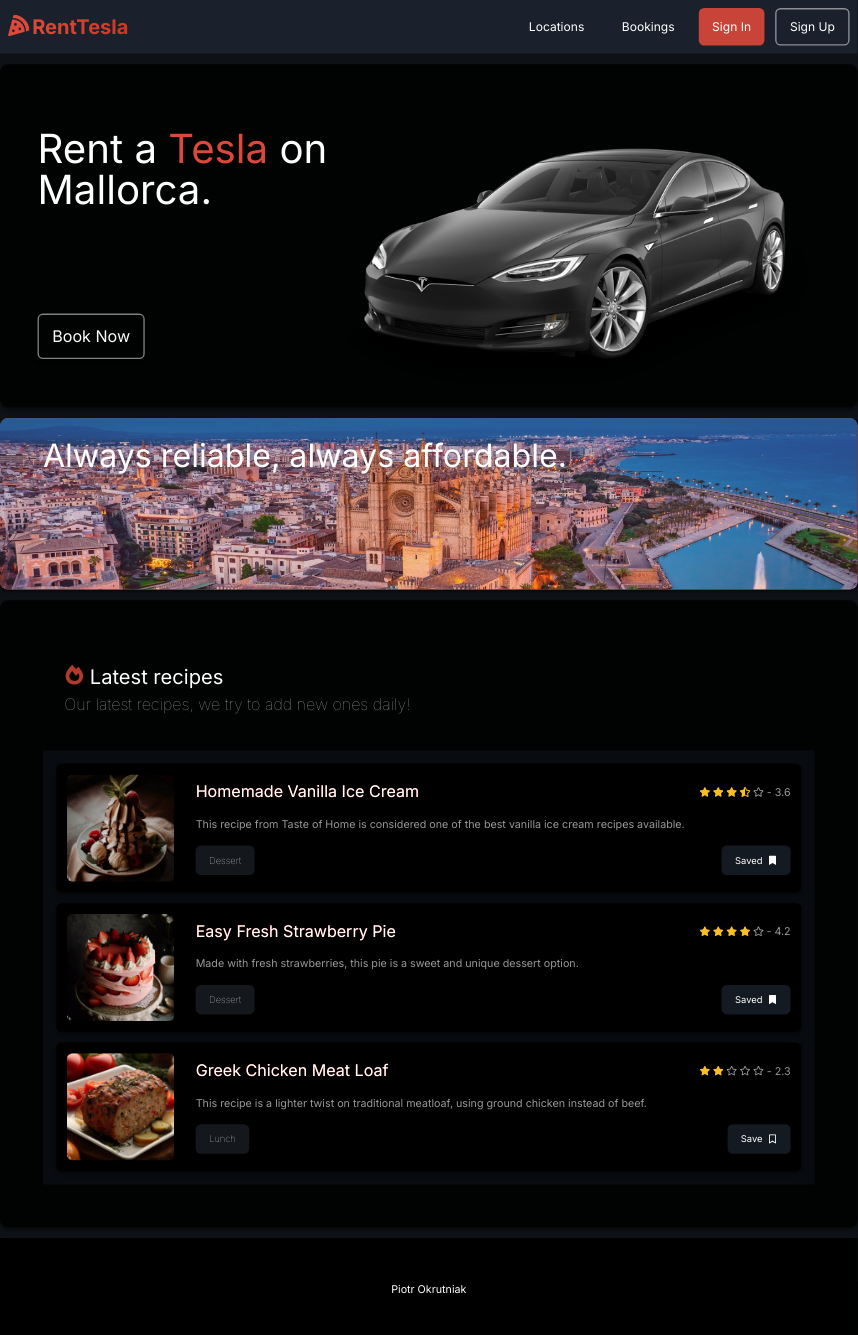
Repository: piotrokrutniak/RentallApp.UI
Page: /
The author's editor kept a copy of each file at every save. The page is drawn from the files as they stood at one save, then again after the next save.
The browser window is 1280 px wide. The pictures show the whole page, at 67% of full size.
The project was rebuilt for these pictures with package versions that can differ from the ones it lists, and the page was loaded fresh each time. The framework's server and built-in components were replaced by stand-ins that run in the browser. Also part of the build but not shown: next.config.js.

Above is the page before, as saved 2023-10-05 21:13:39.

### src/app/layout.tsx
import './globals.css'
import type { Metadata } from 'next'
import { Inter } from 'next/font/google'
import NavBar from './components/navbar/navbar'
import Footbar from './components/footbar/footbar'

const inter = Inter({ subsets: ['latin'] })

export const metadata: Metadata = {
  title: 'Recipefy',
  description: 'Website with the tastiest recipes!',
}

export default function RootLayout({
  children,
}: {
  children: React.ReactNode
}) {
  return (
    <html lang="en">
      <body className={`${inter.className} bg-black`}>
        <div className="bg-slate-600/20 min-h-screen pb-4">
        <NavBar/>
        {children}
        </div>
        <Footbar/>
      </body>
    </html>
  )
}

### src/app/page.tsx
import Image, { StaticImageData } from 'next/image'
import { FaMugHot, FaCookieBite, FaHamburger, FaFireAlt, FaBookmark, FaRegBookmark } from 'react-icons/fa'
import CookingSvg from './components/svgComponents/CookingSvg'
import Rating from './components/generic/rating'
import Button from './components/generic/button'
import tesla from '../../public/media/tesla-mirrored.png'
import lunch from '../../public/media/mallorca-view.jpg'
import dessert from '../../public/media/dessert.jpg'
import strawberryCake from '../../public/media/recipes/strawberryCake.jpg'
import greekMeatLoaf from '../../public/media/recipes/greekMeatLoaf.jpg'
import vanillaIceCream from '../../public/media/recipes/vanillaIceCream.jpg'
import { useState } from 'react'
import { RecipeListing } from './components/generic/recipeListing'
import { Input } from 'postcss'
import SearchBar from './components/generic/searchBar'

export default function Home() {
  return (
    <main className="flex flex-col m-auto gap-4">
      <section id="header-section" className='max-w-7xl bg-black/90 m-auto w-full px-14 py-8 rounded-xl mt-4 shadow-md shadow-black/40'>
        <div className="sm:p-8 pb-14 flex justify-between">

        </div>
        <div className='w-full flex justify-between'>
          <div className="flex flex-col gap-10 justify-between pb-10 text-white">
          <h1 className="text-5xl md:text-6xl"> Rent a <span className="text-vermilion-400">Tesla</span> on Mallorca. </h1>
          <Button className="w-fit py-4 rounded-lg shadow-md shadow-black hover:bg-vermilion-500 bg-transparent capitalize border-white/50 hover:border-vermilion-500 border-2 text-2xl">
            Book Now
          </Button>
          </div>
          <div className="relative w-full h-96 left-0 flex gap-10 pt-3 overflow-x-auto m-auto justify-around select-none pb-10">
              <Image src={tesla} layout="fill" objectFit="contain" alt="Breakfast Photo" className="h-96 group-hover:opacity-50"/>

          </div>
        </div>
      </section>

      <section id="searchbar-section" className='overflow-clip max-w-7xl relative bg-red-400/80 px-7 h-64 m-auto w-full  p-8 sm:px-16 rounded-xl shadow-md shadow-black/40 flex-col'>
        <Image src={lunch} layout="fill" objectFit="cover" alt="Breakfast Photo" className="w-full opacity-80 group-hover:opacity-50"/>
        <h1 className="absolute text-5xl z-10 text-white">Always reliable, always affordable.</h1>
      </section>

      <section id="top-picks-section" className='max-w-7xl bg-black/90 m-auto w-full sm:p-8 rounded-xl shadow-md shadow-black/40 flex-col'>
        <div className="lg:p-8 pb-14 flex flex-col gap-5">
          <div className="p-8">
            <h1 className="text-3xl text-white flex gap-2 pb-2" > <FaFireAlt className="opacity-80 fill-vermilion-400"/> Latest recipes</h1>
            <p className="text-2xl font-thin text-white/60 flex gap-2" > Our latest recipes, we try to add new ones daily!</p>
          </div>
          <div className="w-full h-fit p-5 bg-slate-800/25 flex flex-col gap-4">
            <RecipeListing title="Homemade Vanilla Ice Cream"
              desc="This recipe from Taste of Home is considered one of the best vanilla ice cream recipes available."
              image={vanillaIceCream}
              rating={3.6}
              saved={true}
              tags={["Dessert"]}/>
            <RecipeListing title="Easy Fresh Strawberry Pie"
              desc="Made with fresh strawberries, this pie is a sweet and unique dessert option."
              image={strawberryCake}
              rating={4.2}
              saved={true}
              tags={["Dessert"]}/>
            <RecipeListing title="Greek Chicken Meat Loaf"
              desc="This recipe is a lighter twist on traditional meatloaf, using ground chicken instead of beef."
              image={greekMeatLoaf}
              rating={2.3}
              saved={false}
              tags={["Lunch"]}/>
          </div>
        </div>
      </section>
    </main>
  )
}

### src/app/globals.css
@tailwind base;
@tailwind components;
@tailwind utilities;

:root {}

@media (prefers-color-scheme: dark) {
  :root {}
}

body {}

### src/app/components/navbar/navbar.tsx
"use client"

import { FaPizzaSlice, FaBars } from "react-icons/fa"
import { BsX } from "react-icons/bs"
import Button from "../generic/button"
import { useState } from "react"
import Link from "next/link"


export default function NavBar(){
    const [showMobile, setShowMobile] = useState(false)

    return(
        <div className="bg-black/80 sticky top-0 z-20 backdrop-blur-xl">
            <div className="w-full flex bg-slate-700/50 ">
                <div className="p-3 m-auto w-full flex max-w-7xl justify-between items-center">
                    <Link href="/">
                    <div className="flex gap-1 h-fit select-none cursor-pointer active:opacity-80 hover:border-b-2 hover:pb-1 active:pb-0
                            border-opacity-0 border-vermilion-400 hover:border-opacity-100 border-b-0 transition-all">
                        <FaPizzaSlice className="h-full w-8 fill-vermilion-400"/>
                        <h1 className="text-3xl font-bold text-transparent bg-clip-text bg-gradient-to-r from-vermilion-400 to-vermilion-500">RentTesla</h1>
                    </div>
                    </Link>
                    <div className="hidden text-lg gap-4 md:flex">
                        <Button className="text-white bg-transparent active:bg-slate-100/5 hover:bg-slate-100/5 shadow-black/40 hover:shadow-md"
                            onClick={undefined}>
                            Locations
                        </Button>
                        <Button className="text-white bg-transparent active:bg-slate-100/5 hover:bg-slate-100/5 shadow-black/40 hover:shadow-md"
                            onClick={undefined}>
                            Bookings
                        </Button>
                        <Button className="text-white bg-vermilion-400 shadow-black/40 hover:shadow-md"
                            onClick={undefined}>
                            Sign In
                        </Button>
                        <Button className="text-white bg-transparent capitalize border-2 border-white/50 hover:border-vermilion-400 hover:text-vermilion-400
                            active:opacity-80 shadow-black/40 hover:shadow-md"
                            onClick={undefined}>
                            Sign Up
                        </Button>
                    </div>
                    <div className="md:hidden">
                        <FaBars className="h-10 w-10 fill-white cursor-pointer hover:fill-vermilion-400 active:opacity-80" onClick={() => setShowMobile(true)}/>
                    </div>
                    <div className={`${showMobile ? "" : "translate-x-full"} absolute w-screen h-screen bg-black left-0 top-0 md:hidden transition-all z-50 ease-in-out`}>
                    <div id="mobile-header" className="flex flex-row-reverse w-full">
                        <BsX className="fill-white w-16 h-16 cursor-pointer hover:fill-vermilion-400" onClick={() => setShowMobile(false)}/>
                    </div>
                    <div id="mobile-body">XDDDDDDDDDDDDDDDDD</div>
                    </div>
                </div>
            </div>
        </div>
    )
}

### src/app/components/footbar/footbar.tsx
export default function Footbar(){
    return(
        <div className="w-full h-20 bg-black mt-16 text-center text-white">
            Piotr Okrutniak
        </div>
    )
}

### src/app/components/generic/button.tsx
import { MouseEventHandler } from "react";

export default function Button({ children, className, onClick, disabled } : { children: React.ReactNode, className: string, onClick: undefined | MouseEventHandler<HTMLButtonElement>, disabled?: boolean }){
    return(
        <button className={`${className} px-5 py-3 rounded-lg bg-blue-500 bg-opacity-90 active:bg-opacity-80 hover:bg-opacity-100 cursor-pointer transition-all flex items-center gap-2 place-items-center`}
            onClick={onClick}
            disabled={disabled}>
            {children}
        </button>
    )
}

### src/app/components/generic/recipeListing.tsx
"use client";
import Image, { StaticImageData } from "next/image"
import Rating from "./rating"
import Button from "./button"
import { FaMugHot, FaCookieBite, FaHamburger, FaFireAlt, FaBookmark, FaRegBookmark } from 'react-icons/fa'
import { useState } from "react"

export function RecipeListing({rating = 0, title, desc, tags, image, saved,}:
    {rating: number | undefined, title: string | undefined, desc: string | undefined, tags: string[], image: StaticImageData | string, saved: boolean }){
      const [isSaved, setSaved] = useState(saved)

      return(
        <div className="w-full p-4 md:h-48 bg-black hover:bg-slate-500/20 rounded-lg shadow-md shadow-black/40 flex flex-col md:flex-row md:justify-between gap-8 items-center text-white group">
          <div className='h-64 w-full md:w-40 md:h-40 shrink-0 rounded-lg overflow-hidden relative cursor-pointer'>
            <Image src={image} layout="fill" objectFit="cover" alt="Breakfast Photo"/>
          </div>
          <div className="h-fit w-full items-center">
            <div className="flex justify-between items-center">
              <h1 className="text-2xl cursor-pointer bg-clip-text hover:text-transparent bg-gradient-to-r from-vermilion-500 to-vermilion-400">{title ?? "Recipe Name"}</h1>
              <Rating rating={rating}/>
            </div>
            <div className="flex justify-between items-center pt-5">
              <p className="text-white/60">{desc ?? "Description"}</p>
            </div>
            <div className="flex justify-between items-center pt-5">
              {tags.map(x => <Button className="bg-slate-500/20 hover:bg-slate-500/40 text-sm font-thin py-1" onClick={undefined}>{x}</Button>)}
              <Button className="bg-slate-700/40 hover:bg-vermilion-500/90 active:opacity-80 text-sm font-normal py-1 transition-all flex items-center gap-2"
                onClick={() => setSaved(x => !x)}>
                {isSaved ? <>Saved <FaBookmark/></> : <>Save <FaRegBookmark/></>}
                </Button>
            </div>
          </div>
        </div>
      )
  }

### src/app/components/generic/rating.tsx
import { FaStar, FaStarHalf, FaStarHalfAlt, FaRegStar} from 'react-icons/fa'
import { IconType } from 'react-icons'

export default function Rating({rating = 0,}: {rating: number | undefined | void}){
    const defaultRating: boolean[] = [false, false, false, false, false]

    const initRating: number = rating

    const ratings: React.JSX.Element[] = []

    for(let i: number = 0; i < 5; i++){
        rating >= 1 ?  ratings.push(<Star filled={true}/>) : ratings.push(rating >= 0.5 ? <HalfStar/> : <Star filled={false}/>)
        rating -= 1;
    }



    return(
        <div className="flex gap-1 items-center shrink-0 text-white/60">
            {ratings} - {initRating}
        </div>
    )
}

function Star({filled = false,}: {filled: boolean}){
    return filled ? <FaStar className="fill-amber-400"/> : <FaRegStar/>
}

function HalfStar(){
    return <FaStarHalfAlt className="fill-amber-400"/>
}

### tailwind.config.js
/** @type {import('tailwindcss').Config} */
module.exports = {
  content: [
    './src/pages/**/*.{js,ts,jsx,tsx,mdx}',
    './src/components/**/*.{js,ts,jsx,tsx,mdx}',
    './src/app/**/*.{js,ts,jsx,tsx,mdx}',
  ],
  theme: {
    extend: {
      backgroundImage: {
        'gradient-radial': 'radial-gradient(var(--tw-gradient-stops))',
        'gradient-conic':
          'conic-gradient(from 180deg at 50% 50%, var(--tw-gradient-stops))',
      },
      height:{
        '112': '28rem',
        '128': '32rem',
      },
      width:{
        '112': '28rem',
        '128': '32rem',
      },
      colors:{
        "emerald":{
          "50": "#b0fde8",
          "100": "#60FBD2",
          "200": "#24F9C1",
          "400": "#06EFB1",
          "500": "#06d6a0",
        },
        "paygray":{
          "50": "#CED9DE",
          "100": "#aabcc5",
          "200": "#7996A4",
          "400": "#638292",
          "500": "#5A7684",
        },
        "vermilion":{
          "50": "#f0afa8",
          "100": "#ea8f85",
          "200": "#E06052",
          "400": "#dc493a",
          "500": "#d03625",
        },

      },
      minWidth:{
        'mobile': '360px',
        '54': '258px',
      },
      screens:{
        'xs': '580px',
        '850': '850px',
      },
    },
  },
  plugins: [],
}

After the next save:
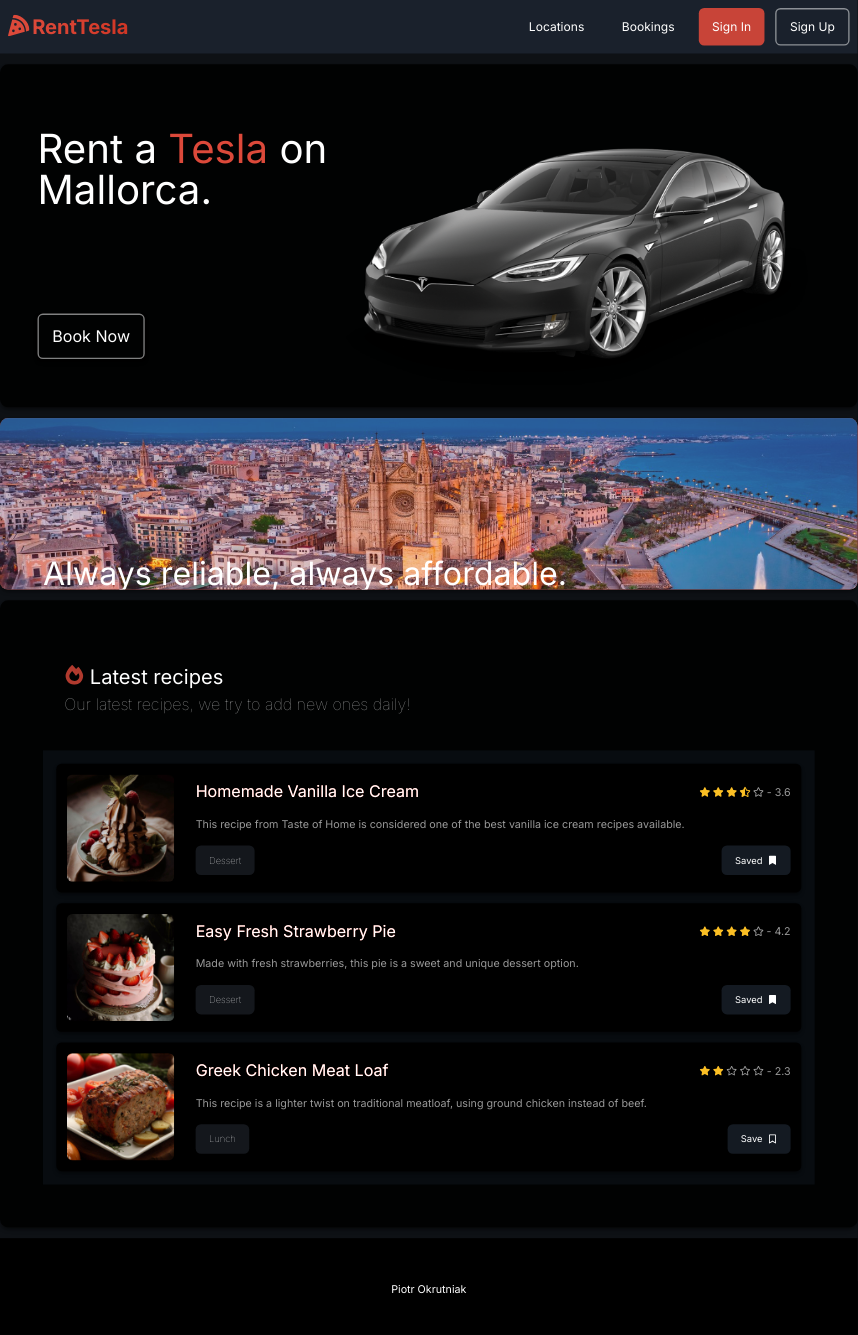
Saved 9 s later.
--- a/src/app/page.tsx
+++ b/src/app/page.tsx
@@ -37,7 +37,7 @@
 
       <section id="searchbar-section" className='overflow-clip max-w-7xl relative bg-red-400/80 px-7 h-64 m-auto w-full  p-8 sm:px-16 rounded-xl shadow-md shadow-black/40 flex-col'>
         <Image src={lunch} layout="fill" objectFit="cover" alt="Breakfast Photo" className="w-full opacity-80 group-hover:opacity-50"/>
-        <h1 className="absolute text-5xl z-10 text-white">Always reliable, always affordable.</h1>
+        <h1 className="absolute text-5xl z-10 text-white bottom-0">Always reliable, always affordable.</h1>
       </section>
 
       <section id="top-picks-section" className='max-w-7xl bg-black/90 m-auto w-full sm:p-8 rounded-xl shadow-md shadow-black/40 flex-col'>
